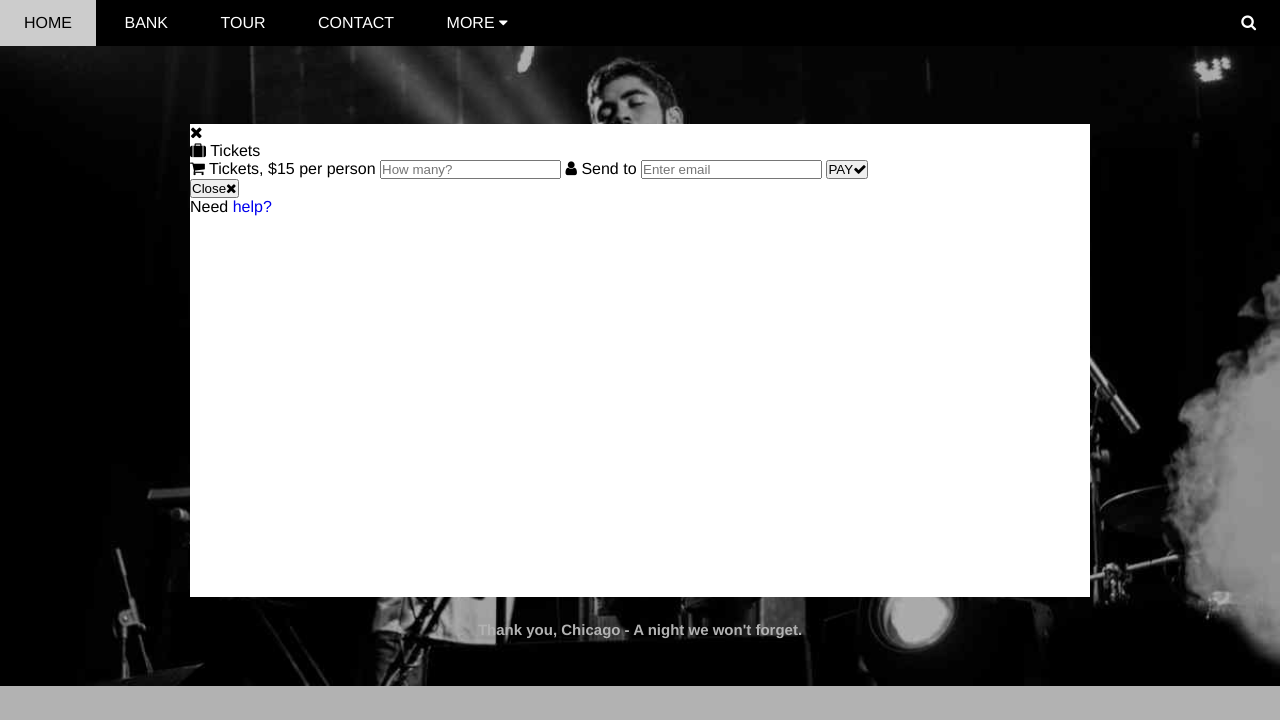
Repository: vuongtm1999/TheBand_W3School
Page: index.html
These files come from the project's save history. The page is drawn as it stood at one moment and after the next save; the edit follows.
The browser window is 1280 px wide. The pictures show the window.
A layer covers the whole window, so only the first screen is drawn.

Above is the page before, as saved 2022-08-27 13:50:34.

### index.html
<!DOCTYPE html>
<html lang="en">
<head>
    <meta charset="UTF-8">
    <meta http-equiv="X-UA-Compatible" content="IE=edge">
    <meta name="viewport" content="width=device-width, initial-scale=1.0">
    <title>Document</title>
    <link rel="stylesheet" href="./assets/css/style.css">
    <link rel="stylesheet" href="https://cdnjs.cloudflare.com/ajax/libs/font-awesome/4.7.0/css/font-awesome.min.css">

</head>
<body>
        <div id="header">
            <!-- begin: nav -->
            <ul id="nav">
                <li><a href="#">Home</a></li>
                <li><a href="#">Bank</a></li>
                <li><a href="#">Tour</a></li>
                <li><a href="#">Contact</a></li>
                <li>
                    <a href="#">More <i style="font-size: 15px;" class="fa fa-caret-down"></i></a>
                    <ul class="subnav">
                        <li><a href="#">Merchandise</a></li>
                        <li><a href="#">Extras</a></li>
                        <li><a href="#">Media</a></li>
                    </ul>
                </li>
            </ul>
            <!-- end: nav -->

            <!-- begin: search button -->
            <div class="search-button">
                <i class="fa fa-search"></i>
            </div>
            <!-- end: search button -->
        </div>

        <div id="slider">
            <div class="text-content">
                <div class="container">
                    <h3 class=text-heading>
                        Chicago
                    </h3>
                    <div class="text-description">
                        Thank you, Chicago - A night we won't forget.
                    </div>
                </div>
            </div>
        </div>

        <div id="content">
            <!-- about section -->
            <div class="content-section">
                <h2 class="section-heading">THE BAND</h2>
                <p class="section-sub-heading">We love music</p>
                <p class="section-about-text">We have created a fictional band website. Lorem ipsum dolor sit amet, consectetur adipiscing elit, sed do eiusmod tempor incididunt ut labore et dolore magna aliqua. Ut enim ad minim veniam, quis nostrud exercitation ullamco laboris nisi ut aliquip ex ea commodo consequat. Duis aute irure dolor in reprehenderit in voluptate velit esse cillum dolore eu fugiat nulla pariatur. Excepteur sint occaecat cupidatat non proident, sunt in culpa qui officia deserunt mollit anim id est laborum consectetur adipiscing elit, sed do eiusmod tempor incididunt ut labore et dolore magna aliqua. Ut enim ad minim veniam, quis nostrud exercitation ullamco laboris nisi ut aliquip ex ea commodo consequat.</p>

                <div class="member-list">

                    <div class="member-item">
                        <p class="member-name">Name</p>
                        <img class="member-image" src="assets/img/bandmember.jpg" alt="member">
                    </div>

                    <div class="member-item">
                        <p class="member-name">Name</p>
                        <img class="member-image" src="assets/img/bandmember.jpg" alt="member">
                    </div>

                    <div class="member-item">
                        <p class="member-name">Name</p>
                        <img class="member-image" src="assets/img/bandmember.jpg" alt="member">
                    </div>

                    <div class="clearFloat"></div>
                </div>
            </div>

            <!-- TOUR DATES section -->
            <div class="tour-section">
                <div class="content-section">
                    <h2 class="section-heading">THE BAND</h2>
                    <p class="section-sub-heading">We love music</p>

                    <ul class="ticket-list">
                        <li>September <span class="soldout">Sold out</span></li>
                        <li>October <span class="soldout">Sold out</span></li>
                        <li>November <span class="quantity">3</span></li>
                    </ul>

                    <div class="place-ticket">

                        <div class="place-item">
                            <img src="assets/img/place/newyork.jpg" alt="img-ticket" class="place-img">
                            <div class="place-body">
                                <h3 class="place-city">New York</h3>
                                <p class="place-time">Fri 27 Nov 2016</p>
                                <p class="place-description">Praesent tincidunt sed tellus ut rutrum sed vitae justo.</p>
                                <a href="#" class="place-buy-tickets">Buy tickets</a>
                            </div>
                        </div>

                        <div class="place-item">
                            <img src="assets/img/place/newyork.jpg" alt="img-ticket" class="place-img">
                            <div class="place-body">
                                <h3 class="place-city">New York</h3>
                                <p class="place-time">Fri 27 Nov 2016</p>
                                <p class="place-description">Praesent tincidunt sed tellus ut rutrum sed vitae justo.</p>
                                <a href="#" class="place-buy-tickets">Buy tickets</a>
                            </div>
                        </div>

                        <div class="place-item">
                            <img src="assets/img/place/newyork.jpg" alt="img-ticket" class="place-img">
                            <div class="place-body">
                                <h3 class="place-city">New York</h3>
                                <p class="place-time">Fri 27 Nov 2016</p>
                                <p class="place-description">Praesent tincidunt sed tellus ut rutrum sed vitae justo.</p>
                                <a href="#" class="place-buy-tickets">Buy tickets</a>
                            </div>
                        </div>

                        <div class="clearFloat"></div>
                    </div>
                </div>
            </div>



            <!-- CONTACT section -->
            <div class="content-section">
                <h2 class="section-heading">THE BAND</h2>
                <p class="section-sub-heading">We love music</p>
            </div>

        </div>

        <!-- Modal dialog -->
        <div id="modal">
            <div class="modal-container">
                <i class="fa fa-times" aria-hidden="true"></i>
                <header class="modal-header">
                    <i class="fa fa-suitcase"></i>
                     Tickets
                </header>
                <div class="modal-body">
                    <label for="quantity-tick" class="modal-label">
                        <i class="fa fa-shopping-cart" aria-hidden="true"></i>
                        Tickets, $15 per person
                    </label>
                    <input type="text" class="quantity-ticket" placeholder="How many?">

                    <label for="quantity-tick" class="modal-label">
                        <i class="fa fa-user" aria-hidden="true"></i>
                        Send to
                    </label>
                    <input type="text" id="quantity-ticket" placeholder="Enter email">

                    <button id="btn-pay">PAY<i class="fa fa-check" aria-hidden="true"></i></button>
                </div>

                <div class="modal-footer">
                    <button>Close<i class="fa fa-times" aria-hidden="true"></i></button>

                    <div>Need <a href="#" id="btn-help">help?</a></div>
                </div>
            </div>
        </div>

        <div id="footer">

        </div>
    </div>
</body>
</html>

### assets/css/style.css
/* reset CSS */
* {
    margin: 0;
    padding: 0;
    box-sizing: border-box;
}

html {
    font-family: Helvetica, Arial, sans-serif;
}

#nav, .subnav, li{
    list-style-type: none;
}

#nav{
    display: inline-block;
}

/*
Nguyen tac lam viec
1. Vi tri
2. Kich thuoc
3. Mau sac
4. Kieu dang (kieu chu, hinh tron hay hinh vuong,...)
*/

/*
Tu ngoai vao trong
Tu tren xuong duoi
TU tong quan den chi tiet
 */

#main {}

#header {
    position: fixed;
    z-index: 1;
    height: 46px;
    background-color: #000;
    color: #fff;
    top: 0;
    left: 0;
    right: 0;
}

#nav li {
    text-decoration: none;
    line-height: 46px;
}

a{
    text-decoration: none;
}

#nav > li > a {
    /* display: inline-block; */
    padding: 0px 24px;
    color: #ffffff;
    text-transform: uppercase;
}

#nav > li {
    display: inline-block;
}

#nav li:last-child {
    position: relative;
}

#nav .subnav {
    background-color: #fff;
    position: absolute;
    display: none;
    top: 100%;
    left: 0;
    box-shadow:  0px 0px 10px rgba(0, 0, 0, 0.3);
    min-width: 160px;
}

#nav .subnav a{
    color: #000;
    padding: 0px 12px;
    line-height: 30px;
    display: inline-block;
    width: 100%;
}

#nav .subnav li:hover,
#nav > li:hover > a {
    color: #000;
    background-color: #ccc;
    display: block;
}

#nav > li:last-child:hover .subnav{
    display: block;
}

/* search btn */
#header .search-button{
    float: right;
    line-height: 46px;
    padding: 0 24px;
}

#header .search-button:hover{
    background-color: #f44336;
    cursor: pointer;
}

#slider {
    /* background-color: rgb(27, 22, 22); */
    margin-top: 46px;
/* padding-top bang 50% chieu rong cua thanh phan do */
    padding-top: 50%;
    position: relative;
    background: url("/assets/img/chicago.jpg") top center / cover no-repeat;
}

#slider .text-content{
    position: absolute;
    color: white;
    bottom: 48px;

    /* cach 1 */
    /* left: 50%;
    transform: translateX(-50%); */
    /* cach 2 */
    /* left: 0;
    right: 0; */
    /* cach 3 */
    width: 100%;
    text-align: center;
}

.text-heading{
    font-size: 24px;
    font-weight: 400;
}

.text-description{
    margin-top: 25px;
    font-weight: bolder;
    font-size: 15px;
}

#content .content-section{
    width: 800px;
    padding: 64px 0;
    margin-left: auto;
    margin-right: auto;
}

.content-section .section-heading,
.content-section .section-about-text{
    margin: 15px 0px;
}

.content-section .section-heading,
.content-section .section-sub-heading{
    text-align: center;
}

.content-section .section-sub-heading{
    font-size: 15px;
    opacity: 0.7;
    font-style: italic;
}

.content-section .section-heading{
    font-size: 30px;
    font-weight: 500;
    letter-spacing: 4px;
}

.content-section .section-about-text{
    /* line-height khong co px */
    line-height: 1.5;
    font-size: 15px;
    text-align: justify;
}

.content-section .member-item{
    float: left;
    width: calc(100%/3);

    /* width: 33.333%; */
}

.content-section .member-list{
    margin: 32px 0;
    text-align: center;

    /* Khac phuc khi dung float :left */
    /* overflow: hidden; */
}

.content-section .member-name{
    /* text-align: center; */
}

.content-section .member-name{
    margin: 15px 0;
}

.content-section .member-image{
    width: 154px;
    border-radius: 4px;
}

.content-section .clearFloat{
    /* Khac phuc khi dung float :left */
    clear: both;
}

/* Tour section */
.tour-section{
    background-color: #000;
}

/*  begin: tour section */
.section-heading,
.section-sub-heading{
    color: white;
}

.ticket-list{
    background-color: white;
}

.ticket-list > li{
    font-size: 15px;
    padding: 12px;
    border-bottom: 1px solid #ddd;
    color: #757575;
}

.soldout{
    background-color: #f44336;
    padding: 6px;
    margin-left: 16px;
    color: #fff;
}

.quantity{
    float: right;
    margin-right: 16px;
    background-color: #000;
    width: 24px;
    height: 24px;
    border-radius: 50%;
    color: white;
    text-align: center;
    line-height: 24px;
    margin-top: -3px;
}

/* place-ticket */
.place-ticket{
    /* margin-top: 32px; */
    padding-top: 32px;
    margin-left: -8px;
    margin-right: -8px;
}

.place-item{
    float: left;
    width: 33.3333%;
    padding: 0 8px;
}

.place-img{
    width: 100%;
    display: block;
}

.place-img:hover{
    opacity: 0.7;
}

.place-body{
    background-color: white;
    color: rgb(1, 1, 1);
    padding: 16px;
}

.place-city{
    font-weight: 550;
}

.place-time{
    opacity: 0.8;
    margin: 15px 0;
}

.place-description{
    margin: 15px 0;
    line-height: 1.5;
}

.place-buy-tickets{
    background-color: #000;
    padding: 8px 16px;
    color: white;
    display: inline-block;
}

.place-buy-tickets:hover{
    background-color: #ccc;
    color: #000;
}

/* modal dialog */
#modal{
    position: fixed;
    background-color: rgba(0, 0, 0, 0.3);
    top: 0;
    left: 0;
    right: 0;
    bottom: 0;

    display: flex;
    align-items: center;
    justify-content: center;
}

.modal-container{
    background-color: #fff;
    width: 900px;
    min-height: 473px;
}



#container {
    /* height: 500px;
    background-color: #ccc; */
}

#content {}

#footer {}

After the next save:
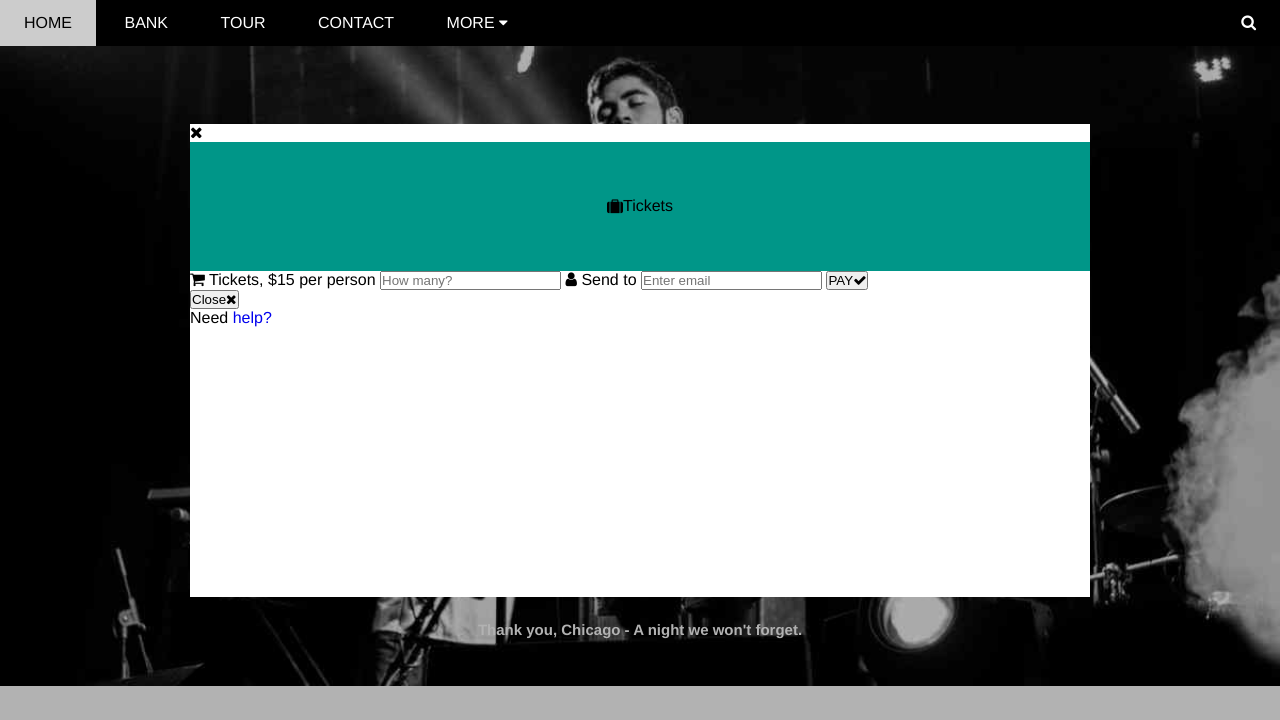
Saved 4 min 10 s later.
--- a/assets/css/style.css
+++ b/assets/css/style.css
@@ -331,6 +331,14 @@ a{
     min-height: 473px;
 }
 
+.modal-header {
+    height: 129px;
+    background-color: #009688;
+    display: flex;
+    align-items: center;
+    justify-content: center;
+}
+
 
 
 #container {
